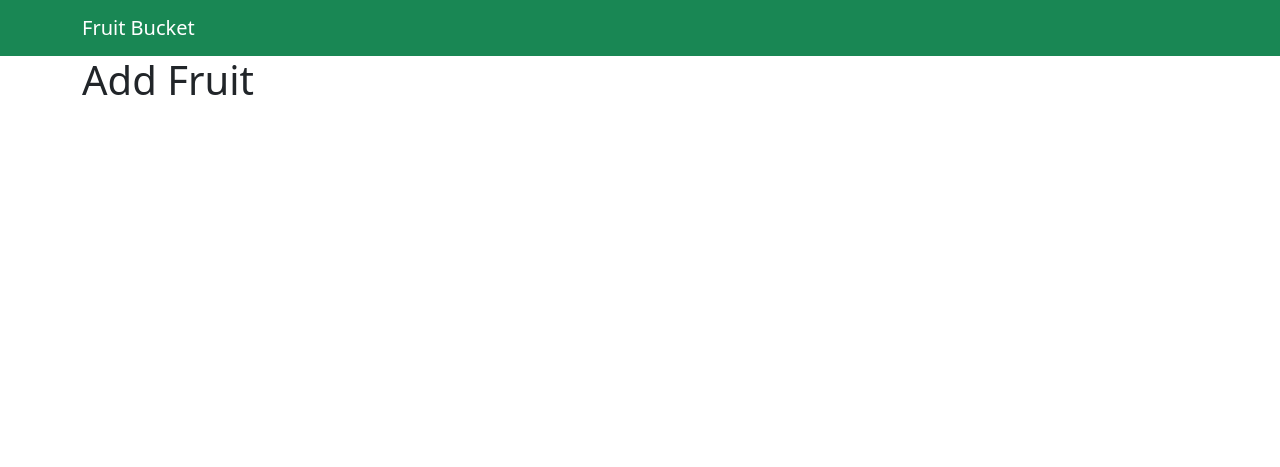
Repository: GustavoMSevero/react-18-crud
Page: /add-fruit
An editor plug-in stored every save of this project. The page is shown before and after the next save, followed by the edit.
The browser window is 1280 px wide. The pictures show the whole page.
The project was rebuilt for these pictures with package versions that can differ from the ones it lists, and the page was loaded fresh each time. Also part of the build but not shown: src/App.css, src/pages/AllFruits.js.

Above is the page before, as saved 2024-09-03 18:51:46.

After the next save:
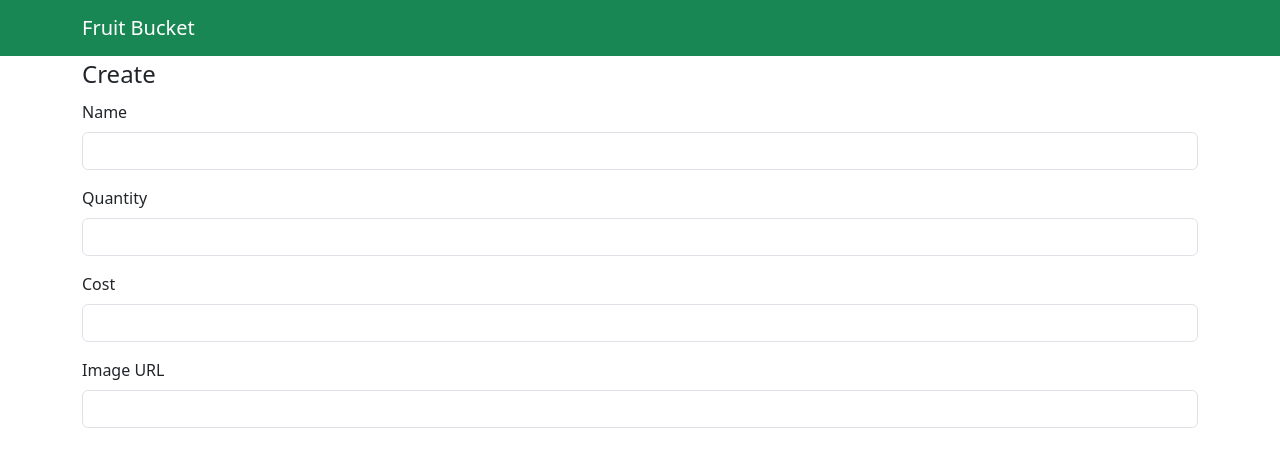
Saved 10 min 56 s later.
--- a/src/pages/AddFruit.js
+++ b/src/pages/AddFruit.js
@@ -1,8 +1,27 @@
+import Form from 'react-bootstrap/Form';
 
 function AddFruit() {
     return (
         <>
-            <h1>Add Fruit</h1>
+            <legend>Create</legend>
+            <Form>
+            <Form.Group className="mb-3" controlId="formName">
+                <Form.Label>Name</Form.Label>
+                <Form.Control type="text" />
+            </Form.Group>
+            <Form.Group className="mb-3" controlId="formQunatity">
+                <Form.Label>Quantity</Form.Label>
+                <Form.Control type="number" />
+            </Form.Group>
+            <Form.Group className="mb-3" controlId="formCost">
+                <Form.Label>Cost</Form.Label>
+                <Form.Control type="number" />
+            </Form.Group>
+            <Form.Group className="mb-3" controlId="formImageUrl">
+                <Form.Label>Image URL</Form.Label>
+                <Form.Control type="text" />
+            </Form.Group>
+            </Form>
         </>
     );
 }
